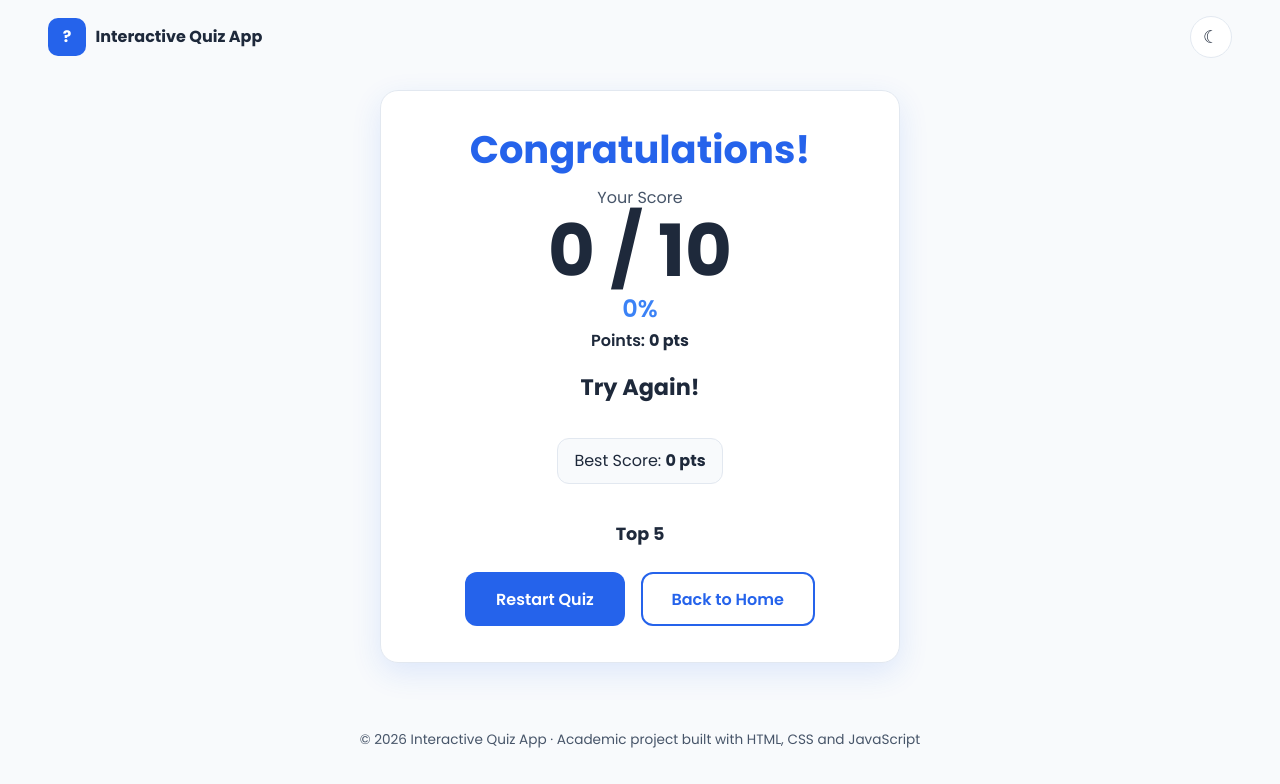
Repository: AzizHamdi99/Interactive-Quiz-App
Page: quiz-app/result.html
An editor plug-in stored every save of this project. The page is shown before and after the next save, followed by the edit.
The browser window is 1280 px wide. The pictures show the whole page.

Above is the page before, as saved 2026-10-31 16:28:05.

After the next save:
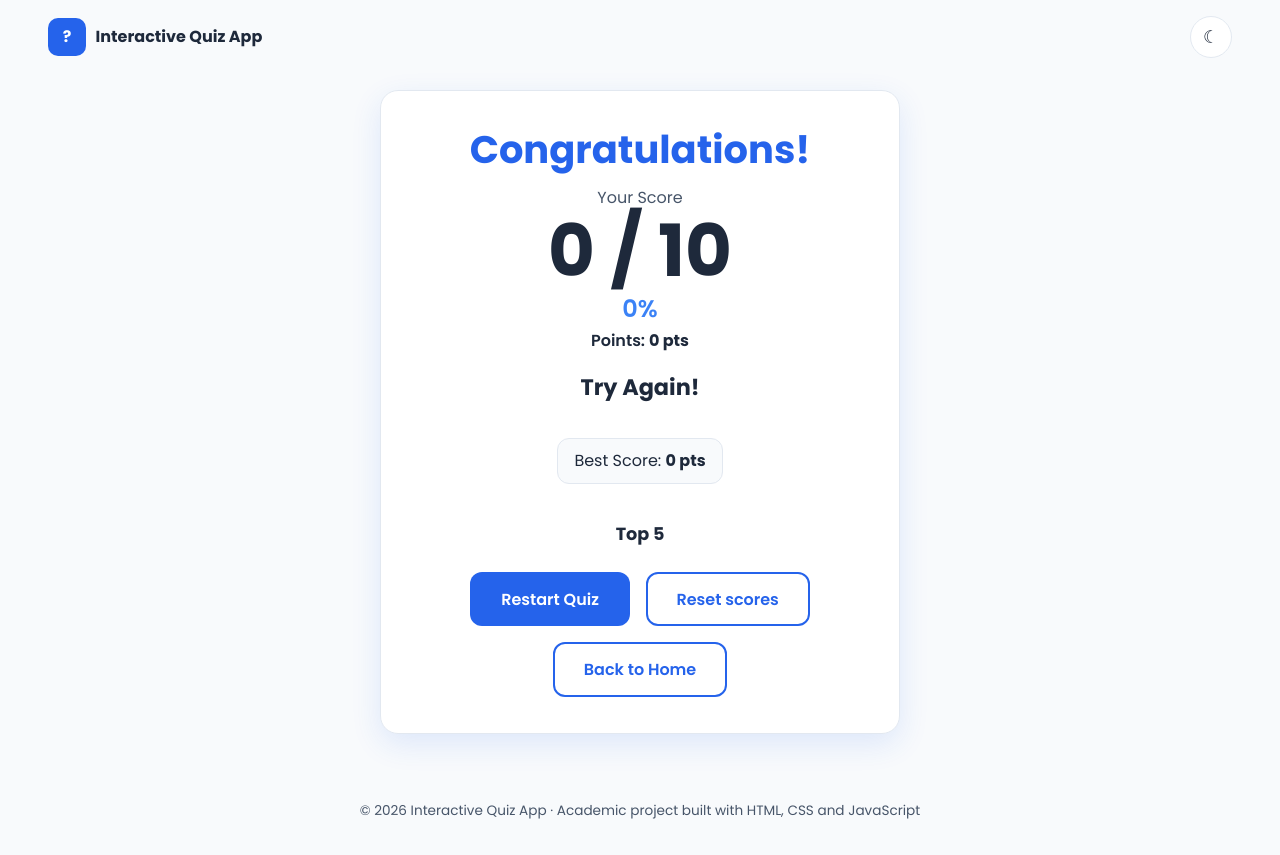
Saved 29 s later.
--- a/quiz-app/result.html
+++ b/quiz-app/result.html
@@ -35,6 +35,7 @@
       <ol id="top" class="top"></ol>
       <div class="result-btns">
         <a class="btn btn-primary" href="quiz.html" data-nav>Restart Quiz</a>
+        <button class="btn btn-ghost" id="reset-scores" type="button">Reset scores</button>
         <a class="btn btn-ghost" href="index.html" data-nav>Back to Home</a>
       </div>
     </section>
